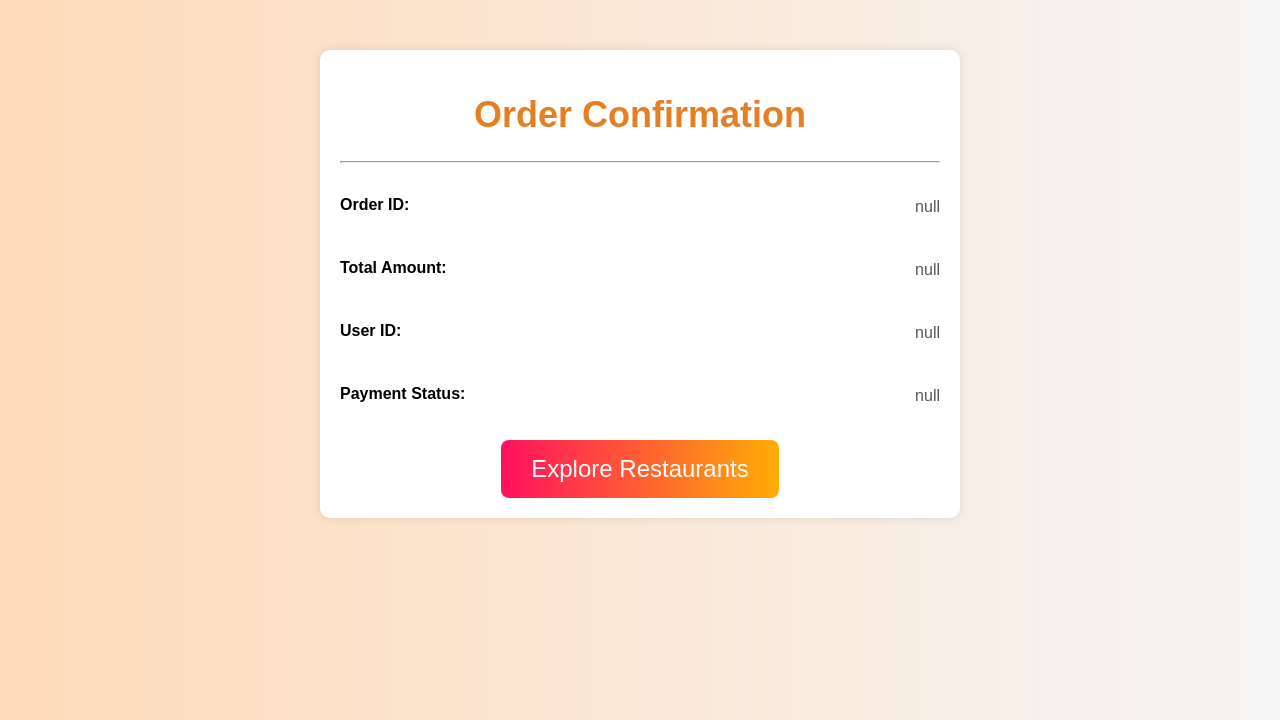
Repository: SWATHIBHUMA/FoodDelivaryApp
Page: http://localhost/FoodDelivaryApp/orderConfirmation.jsp
The author's editor kept a copy of each file at every save. The page is drawn from the files as they stood at one save, then again after the next save.
The browser window is 1280 px wide. The pictures show the whole page.
The page is served by Tomcat 9.

Above is the page before, as saved 2024-01-16 07:35:12.

After the next save:
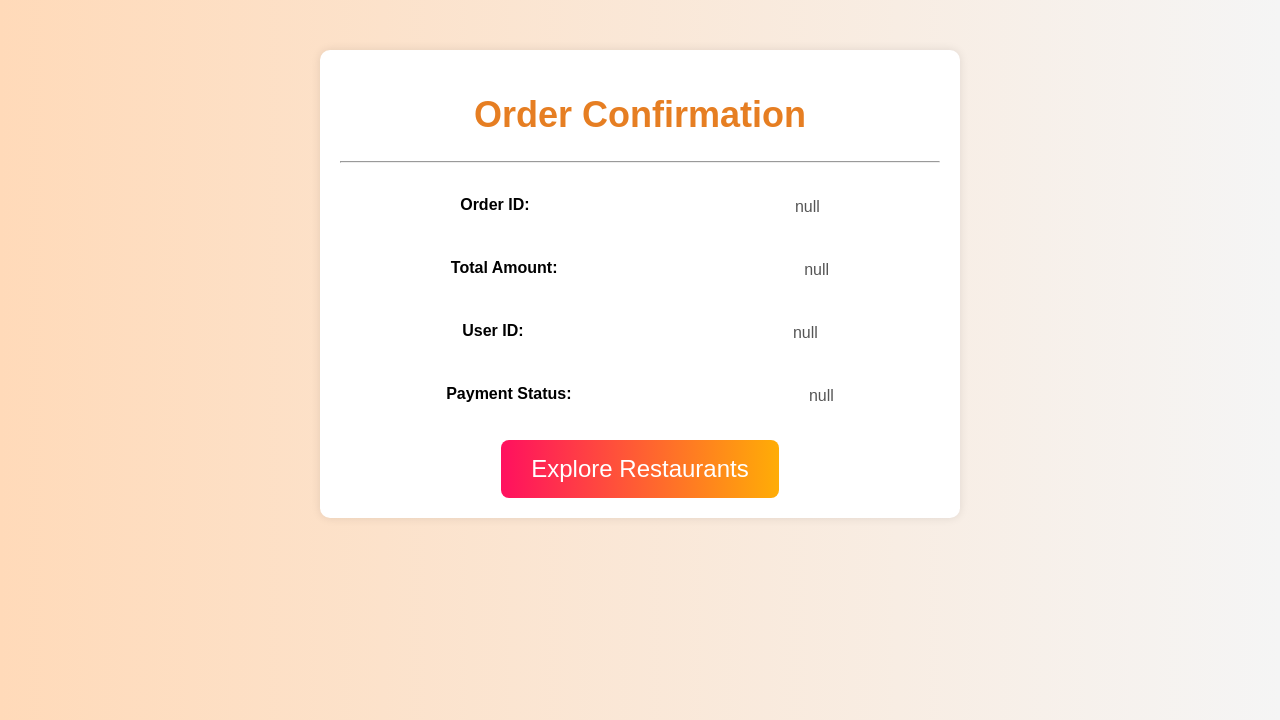
Saved 21 s later.
--- a/FoodDelivaryApp/src/main/webapp/orderConfirmation.jsp
+++ b/FoodDelivaryApp/src/main/webapp/orderConfirmation.jsp
@@ -73,7 +73,7 @@
         .form-group {
             display: flex;
             flex-direction: row;
-            justify-content: space-between;
+            justify-content: space-around;
             align-items: center;
             margin-top: 25px;
             margin-bottom: 25px;

After the save that followed:
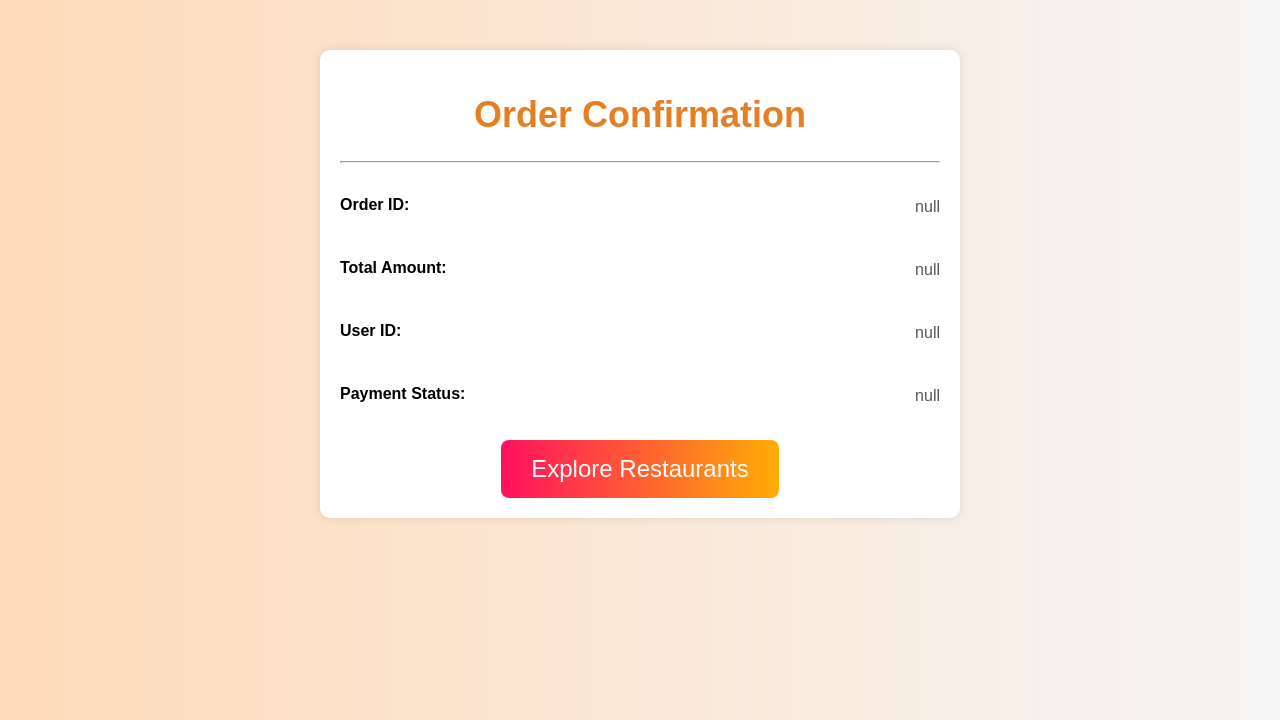
Saved 22 s later.
--- a/FoodDelivaryApp/src/main/webapp/orderConfirmation.jsp
+++ b/FoodDelivaryApp/src/main/webapp/orderConfirmation.jsp
@@ -73,7 +73,7 @@
         .form-group {
             display: flex;
             flex-direction: row;
-            justify-content: space-around;
+            justify-content: space-between;
             align-items: center;
             margin-top: 25px;
             margin-bottom: 25px;
